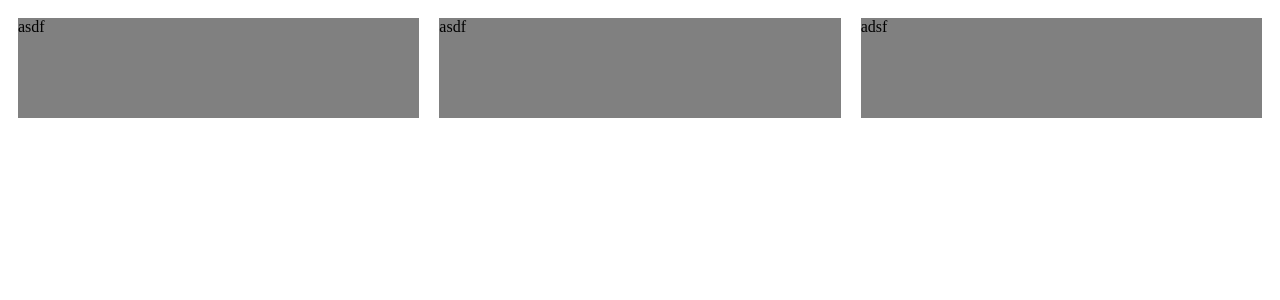
Repository: ervinne13/gg-basic-web-frontend-development
Page: modules/css/long-samples/grid-system-1.html
These files come from the project's save history. The page is drawn as it stood at one moment and after the next save; the edit follows.
The browser window is 1280 px wide. The pictures show the whole page.

Above is the page before, as saved 2019-07-04 17:51:22.

After the next save:
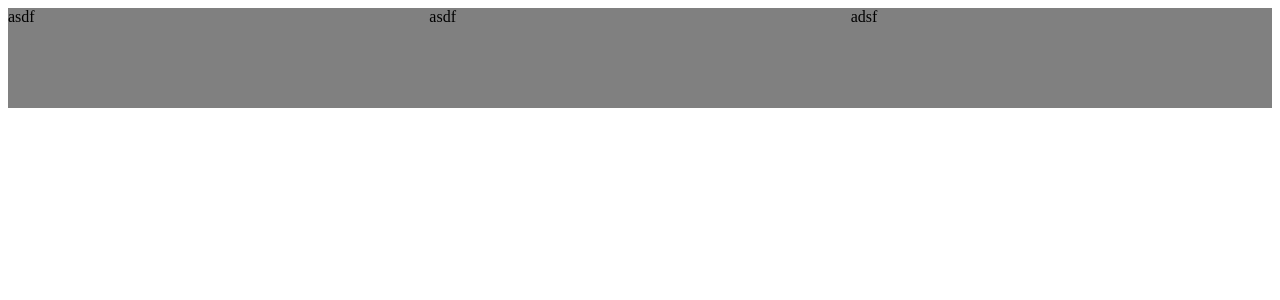
Saved 15 s later.
--- a/modules/css/long-samples/grid-system-1.html
+++ b/modules/css/long-samples/grid-system-1.html
@@ -15,9 +15,9 @@
             .grid-container .row .col {
                 flex-basis: 33.33%;
                 width: 259px;
-                position: relative;
+                /* position: relative;
                 padding: 10px;
-                box-sizing: border-box;
+                box-sizing: border-box; */
             }
 
             .box {

After the save that followed:
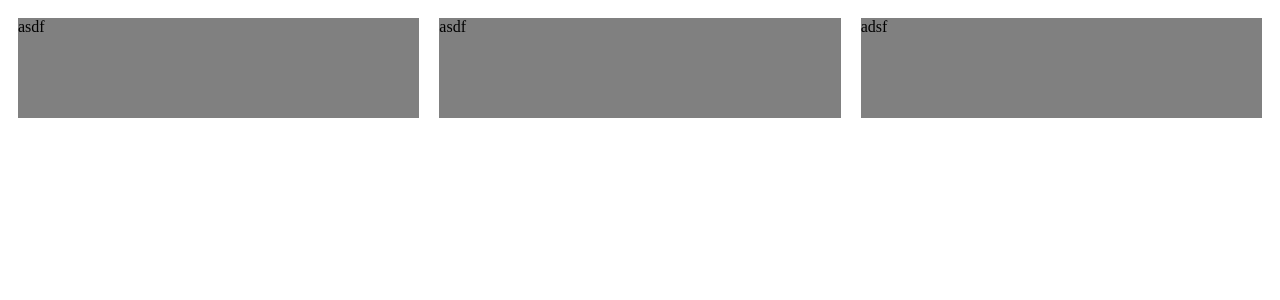
Saved 8 s later.
--- a/modules/css/long-samples/grid-system-1.html
+++ b/modules/css/long-samples/grid-system-1.html
@@ -15,9 +15,9 @@
             .grid-container .row .col {
                 flex-basis: 33.33%;
                 width: 259px;
-                /* position: relative;
+                /* position: relative; */
                 padding: 10px;
-                box-sizing: border-box; */
+                /* box-sizing: border-box; */
             }
 
             .box {
